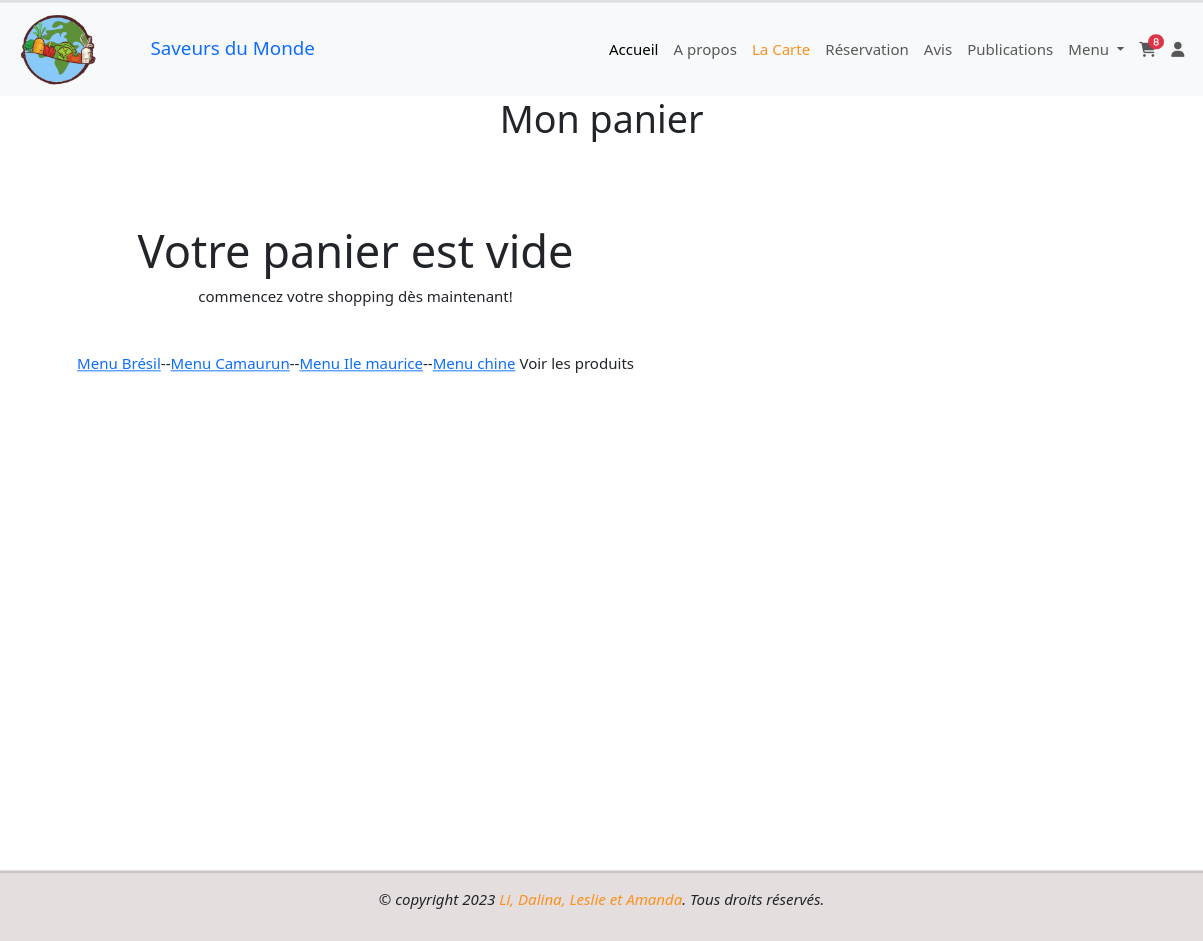
Repository: LI8538/saveur-du-monde
Page: templates/cart/index.html.twig
The author's editor kept a copy of each file at every save. The page is drawn from the files as they stood at one save, then again after the next save.
The browser window is 1280 px wide. The pictures show the whole page, at 94% of full size.
The page is a Twig template of a Symfony application; nobody is signed in and links lead nowhere. The template is opened directly, without the code that normally fills it, so the values that code supplies are empty.

Above is the page before, as saved 2023-09-07 06:02:24.

After the next save:
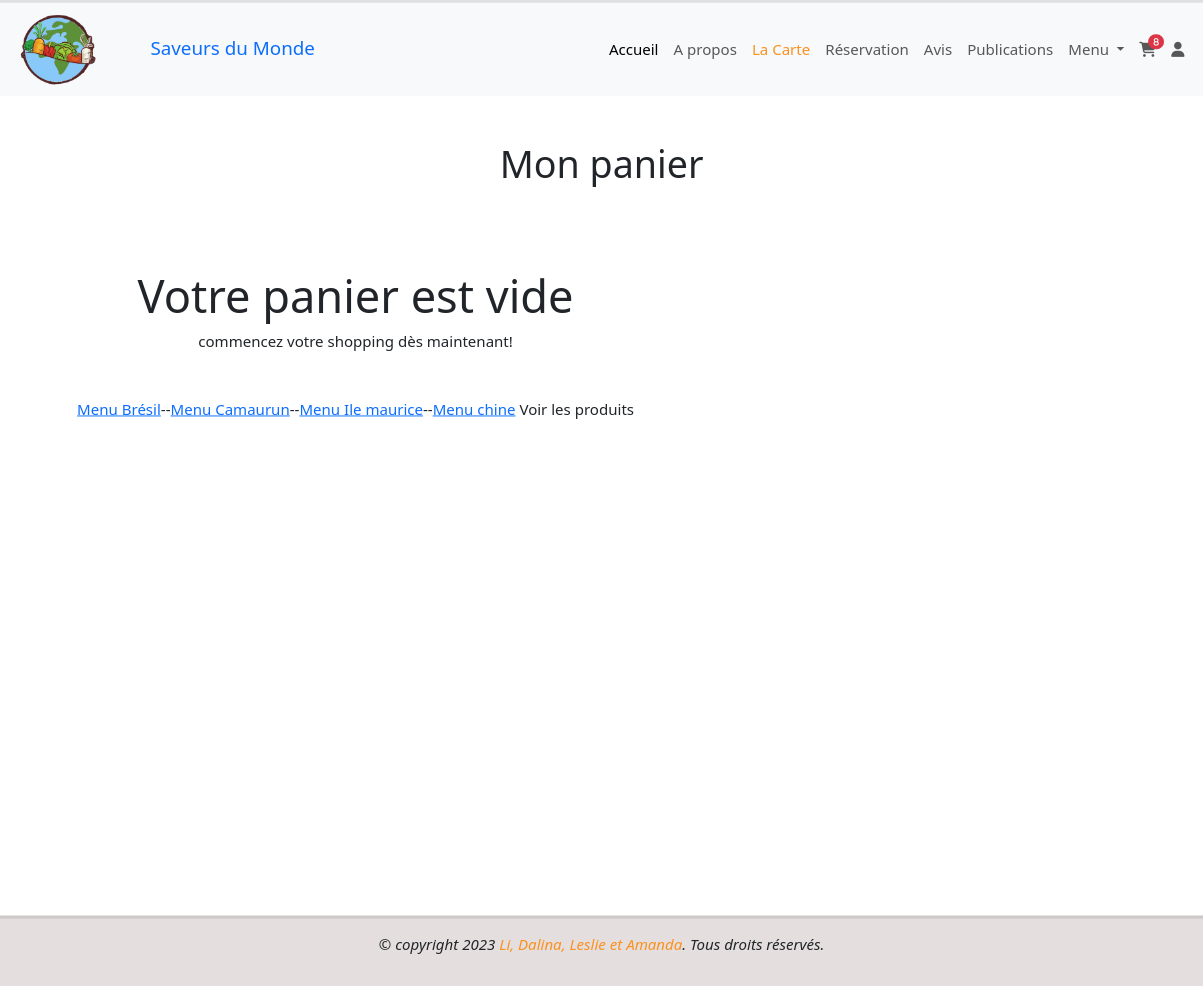
Saved 12 s later.
--- a/templates/cart/index.html.twig
+++ b/templates/cart/index.html.twig
@@ -9,7 +9,7 @@
     color: red;
 }
 </style>
-<section class="d-flex flex-column text-center align-items-center">
+<section class="d-flex flex-column text-center align-items-center mt-5">
 <h1>Mon panier</h1>
 {% if cart|length > 0 %}
 {% set total = null %}
